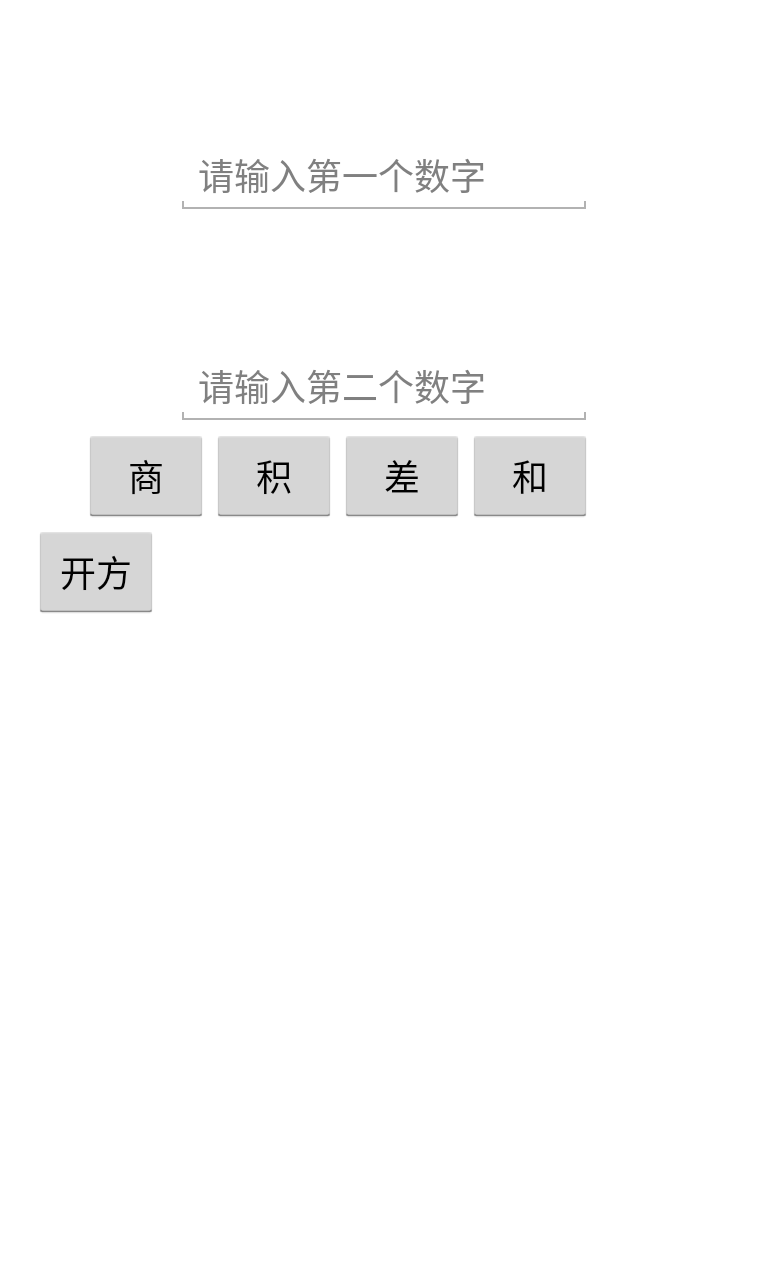
Repository: KungW/windows_learn_java_track
Layout: cac/res/layout/activity_main.xml
An editor plug-in stored every save of this project. The layout is shown before and after the next save, followed by the edit.
It is drawn on a 768 x 1280 px phone screen (xhdpi) without system bars, with theme AppTheme; the app's code is not run.

Above is the layout before, as saved 2016-10-20 15:50:15.

After the next save:
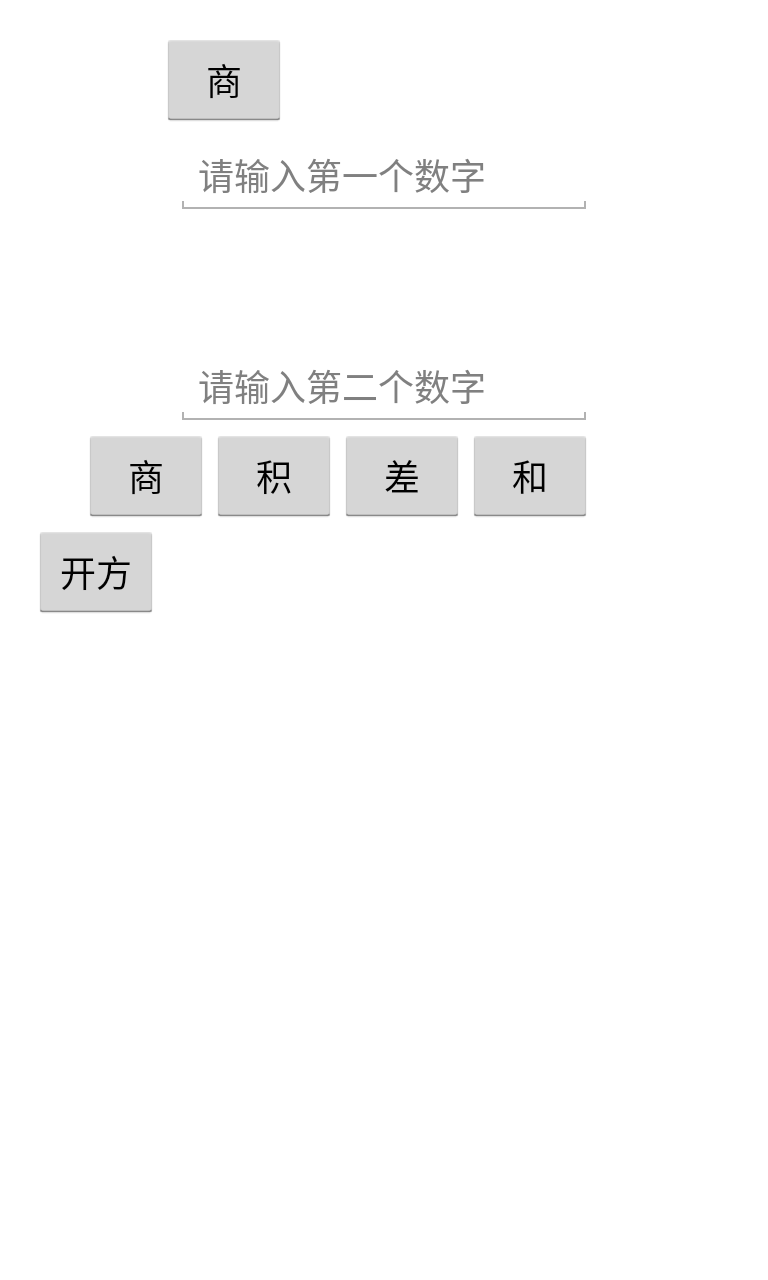
Saved 73 s later.
--- a/cac/res/layout/activity_main.xml
+++ b/cac/res/layout/activity_main.xml
@@ -52,6 +52,13 @@
         android:layout_height="wrap_content"
         android:layout_below="@+id/button1"
         android:text="开方" />
+	    <Button
+        android:id="@+id/button6"
+        android:layout_width="wrap_content"
+        android:layout_height="wrap_content"
+
+        android:layout_toRightOf="@id/button5"
+        android:text="商" />
     <TextView
         android:id="@+id/textView1"
         android:layout_width="wrap_content"
